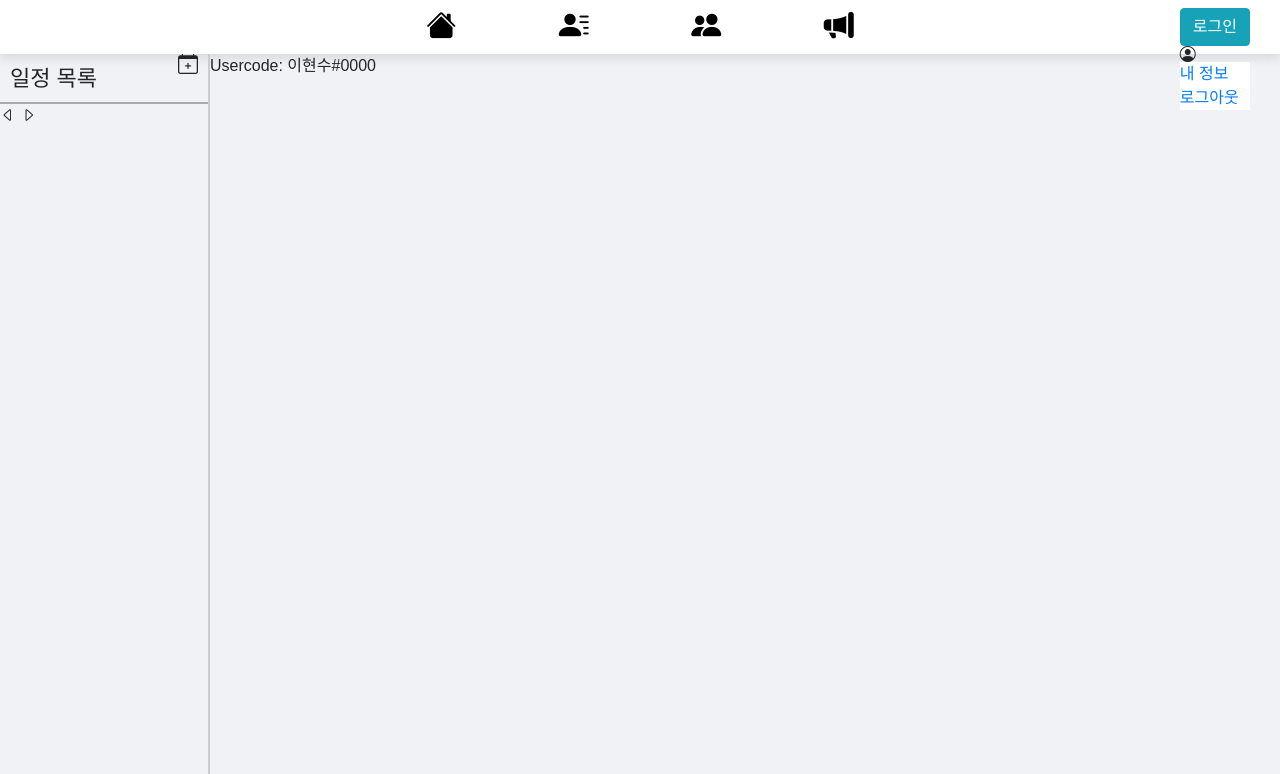
Repository: Hyeon330/Full_stack-code
Page: http://localhost/miniProject/
These files come from the project's save history. The page is drawn as it stood at one moment and after the next save; the edit follows.
The browser window is 1280 px wide. The pictures show the whole page.
Some web fonts or font styles are not loaded; a fallback is used. The page is served by Tomcat 9.

Above is the page before, as saved 2022-03-20 09:01:50.

After the next save:
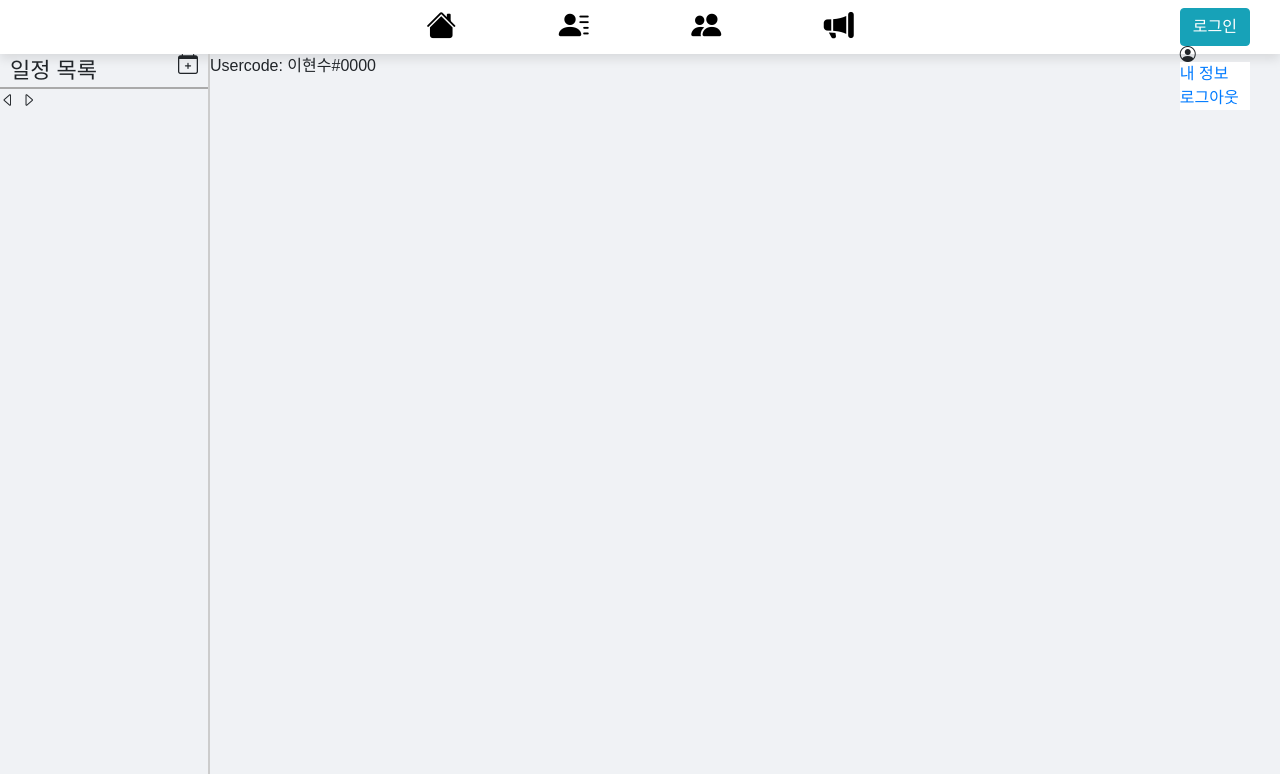
Saved 2 min 58 s later.
--- a/주요과제/Spring/miniProject/src/main/webapp/WEB-INF/views/home.jsp
+++ b/주요과제/Spring/miniProject/src/main/webapp/WEB-INF/views/home.jsp
@@ -9,8 +9,6 @@
 #sideTitle{
 	padding: 0 10px;
 	border-bottom: 2px solid #aaa;
-	height: 50px;
-	line-height: 50px;
 }
 #sideTitle > span {
 	font-size: 22px;
